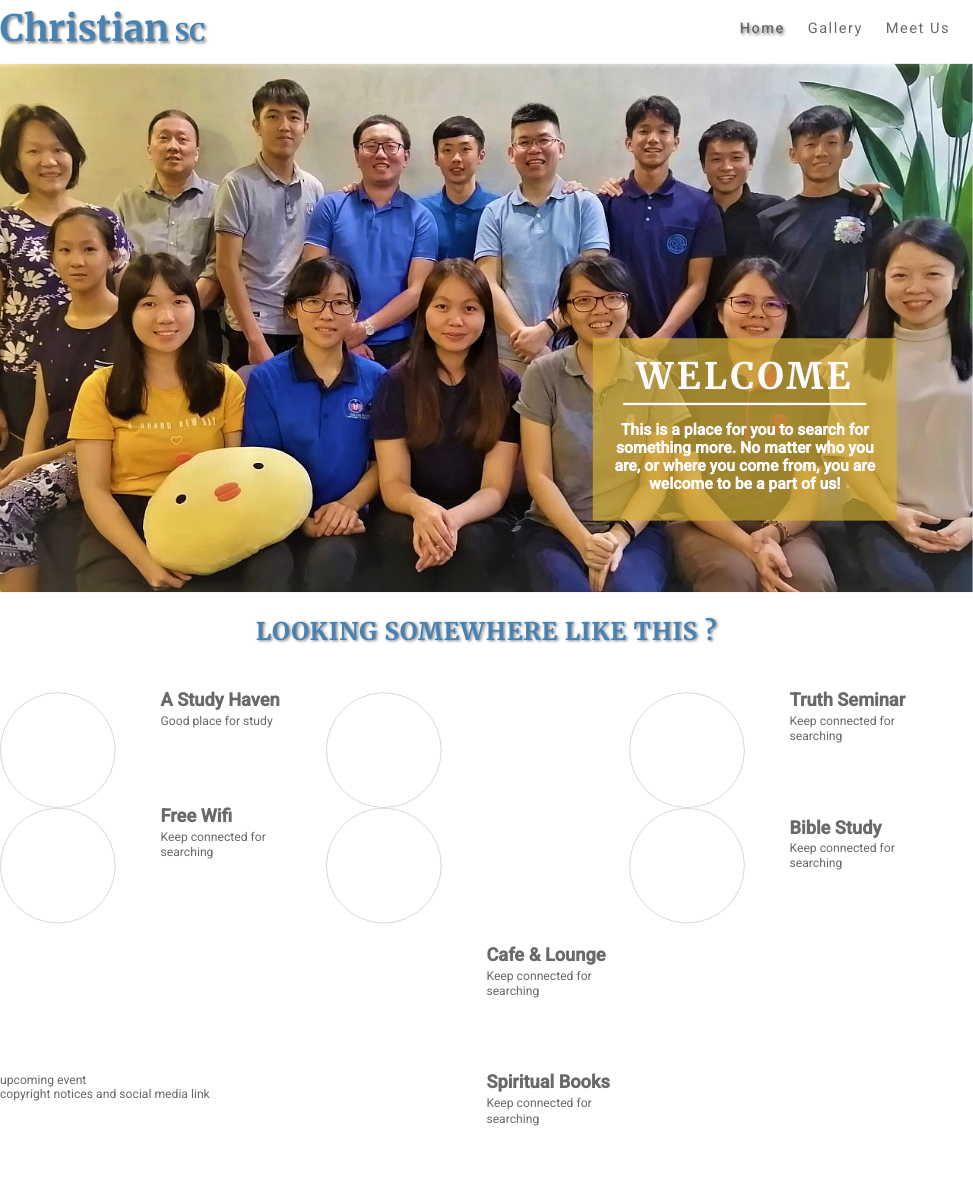
Repository: kongteckmee/christian-sc
Page: index.html
The author's editor kept a record of every edit. The page is drawn from the files as they stood at one moment, then again after the next edit.
The browser window is 1280 px wide. The pictures show the whole page, at 76% of full size.

Above is the page before.

After the next edit:
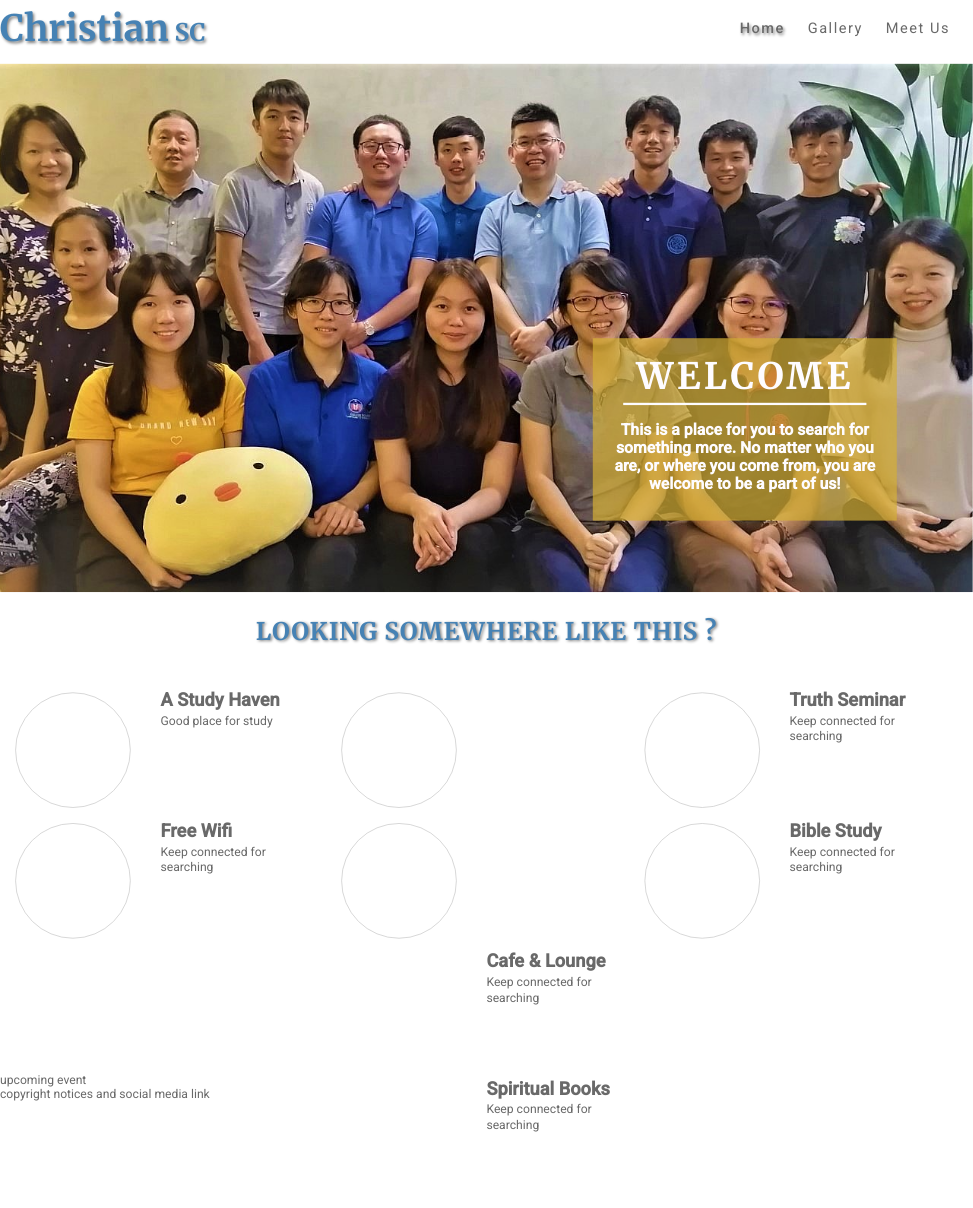
The edit:
--- a/assets/css/style.css
+++ b/assets/css/style.css
@@ -171,6 +171,8 @@
     height: 150px;
     border: 1px solid #cccccc;
     border-radius: 50%;
+    margin-left: 20px;
+    margin-bottom: 20px;
 }
 
 /* ------------------------------------------------------ Section: Event */
